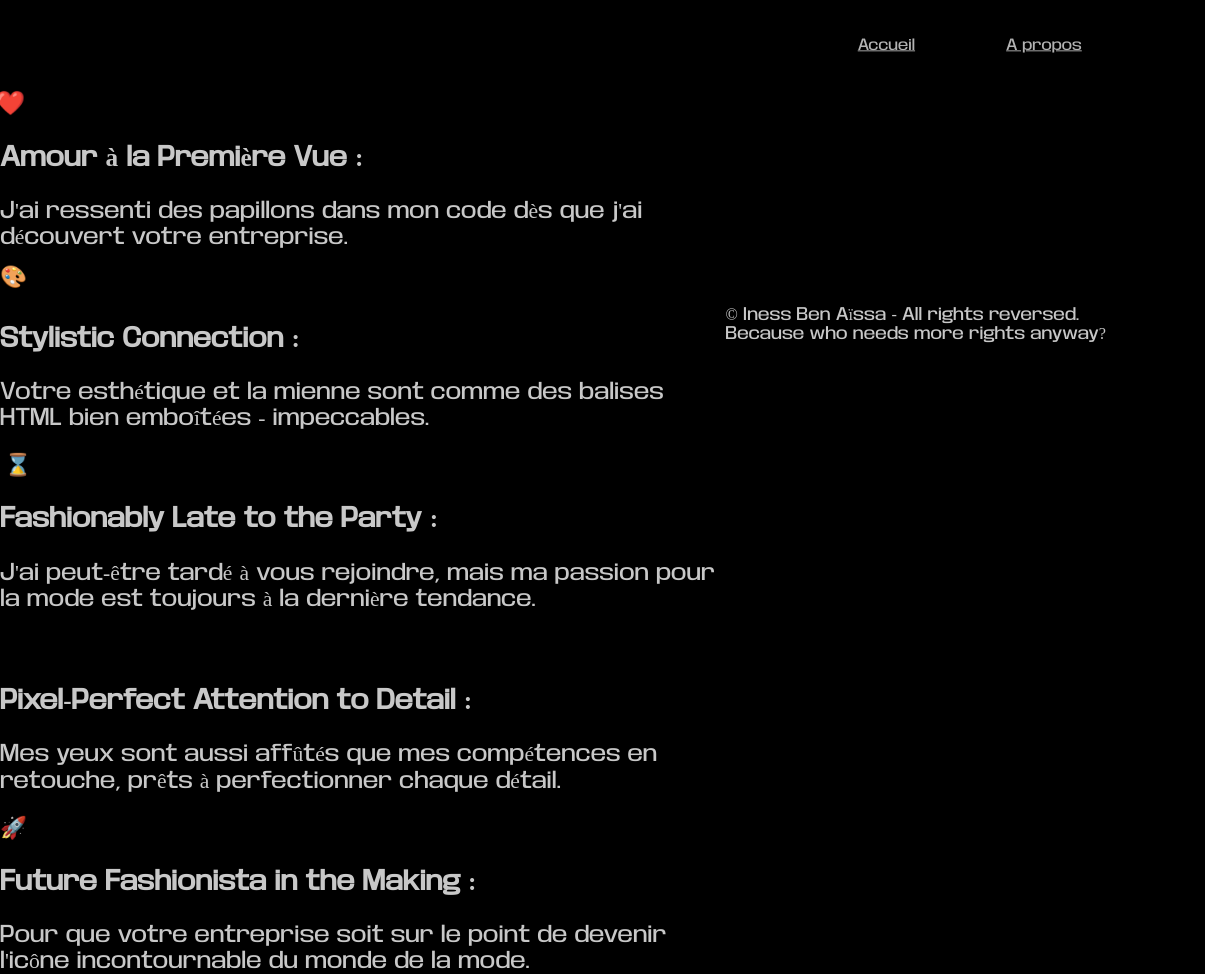
Repository: inessben/application
Page: company/company.html
The author's editor kept a copy of each file at every save. The page is drawn from the files as they stood at one save, then again after the next save.
The browser window is 1280 px wide. The page is 1280 px wide, then 1339 px, so the pictures cover 1339 px, including what lies to the right of the window. The pictures show the whole page, at 90% of full size.

Above is the page before, as saved 2023-12-04 03:01:58.

After the next save:
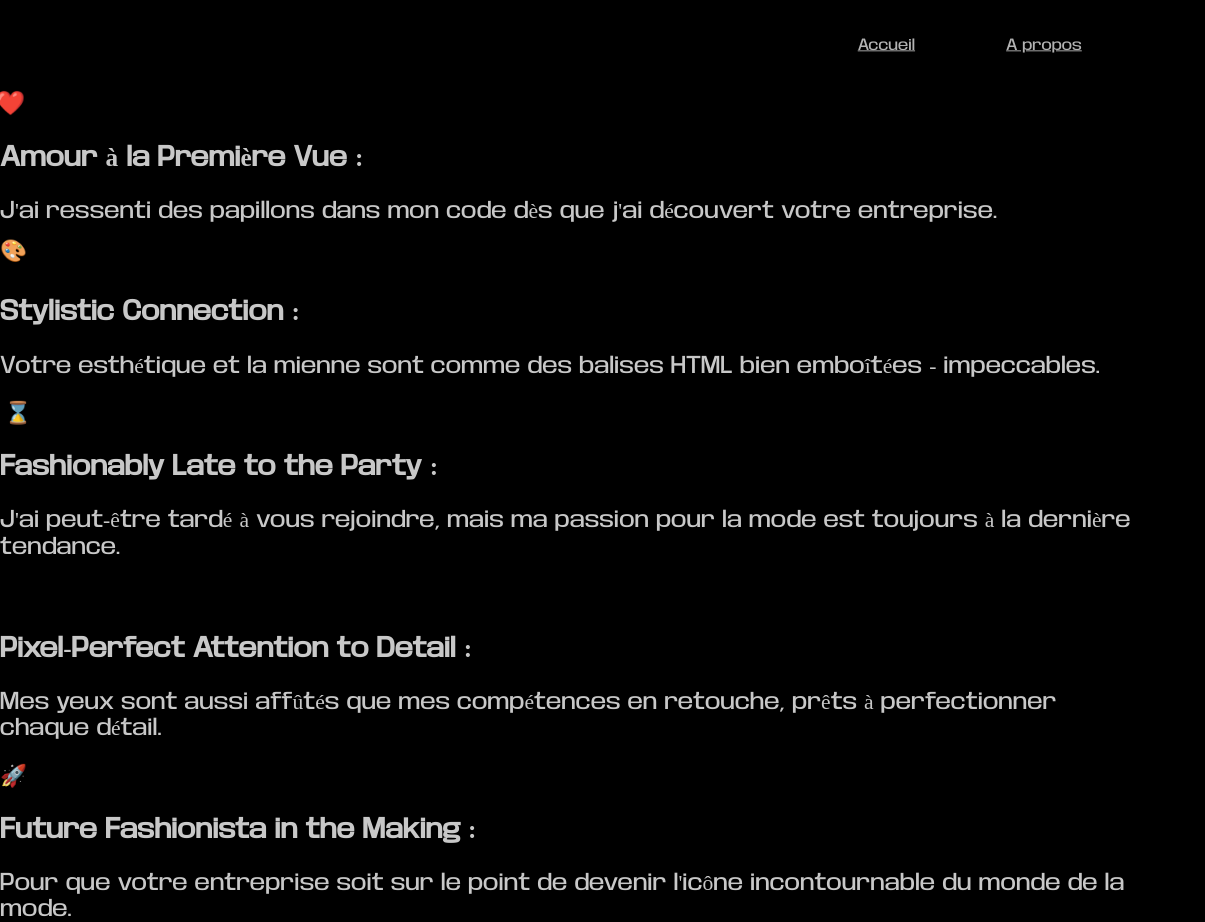
Saved 21 s later.
--- a/company/company.html
+++ b/company/company.html
@@ -57,10 +57,5 @@
     </section>
 
 
-
-    <footer>
-        <p>© Iness Ben Aïssa - All rights reversed. Because who needs more rights anyway?</p>
-    </footer>
-
 </body>
 </html>
